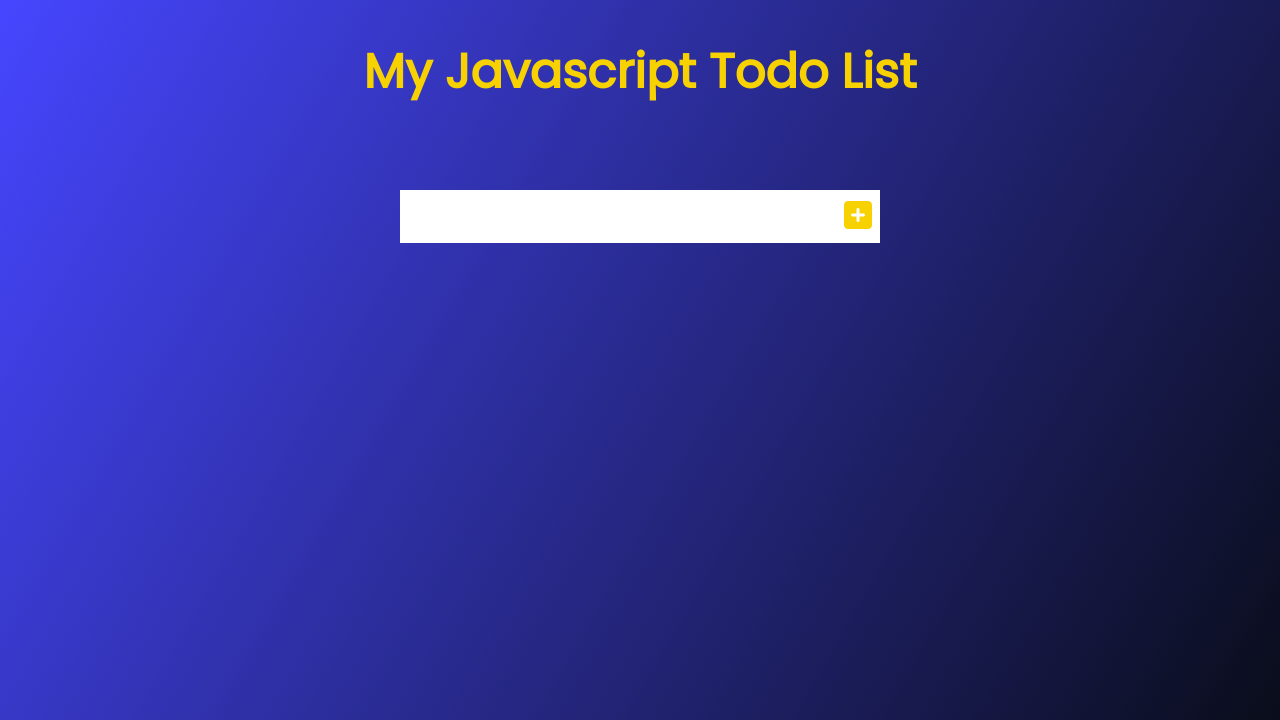
Repository: LuisMiLR/JavaScript-Todo-List
Page: index.html
The author's editor kept a copy of each file at every save. The page is drawn from the files as they stood at one save, then again after the next save.
The browser window is 1280 px wide. The pictures show the whole page.
The pointer rests on the first visible `form button`.

Above is the page before, as saved 2023-05-01 14:11:10.

### index.html
<!DOCTYPE html>
<html lang="en">
<head>
    <meta charset="UTF-8">
    <meta http-equiv="X-UA-Compatible" content="IE=edge">
    <meta name="viewport" content="width=device-width, initial-scale=1.0">
    <title>My Javascript Todo List</title>
    <link rel="stylesheet" href="style.css">
    <link href="https://fonts.googleapis.com/css2?family=Orbitron:wght@400;700&family=Poppins:wght@200;400&display=swap" rel="stylesheet">
    <link rel="stylesheet" href="https://cdnjs.cloudflare.com/ajax/libs/font-awesome/6.4.0/css/all.min.css" integrity="sha512-iecdLmaskl7CVkqkXNQ/ZH/XLlvWZOJyj7Yy7tcenmpD1ypASozpmT/E0iPtmFIB46ZmdtAc9eNBvH0H/ZpiBw==" crossorigin="anonymous" referrerpolicy="no-referrer" />
</head>
<body>

    <header>
        <h1>My Javascript Todo List </h1>
    </header>
    <form>
        <input type="text" class="todo-input">
        <button class="todo-button" type="submit">
        <i class="fa-solid fa-square-plus"></i>
        </button>
    </form>
    <div class="todo-container">
        <ul class="todo-list">
        </ul>
    </div>

    <script src="./app.js"> </script>
</body>
</html>

### style.css
*{
    margin: 0;
    padding: 0;
    box-sizing: border-box;
}

body {
    background-image: linear-gradient(120deg, #4646ff,#0a0d1a);
    color: rgb(248, 210, 0);
    min-height: 100vh;
    font-family: "poppins",sans-serif;
}

header{
    font-size: 1.5rem;
}
header, form {
    min-height: 20vh;
    display: flex;
    justify-content: center;
    align-items: center;
}

form input, form button {
    padding: 0.5rem;
    font-size: 2rem;
    border: none;
    background: white;
}
form button{
    color: #1e2a58;
    background: white;
    cursor: pointer;
    transition: all 0.3s ease;
}

form button:hover {
    background: 0a0d1a;
    color: rgb(248, 210, 0);
}

### app.js
//SELECTEURS
const todoInput = document.querySelector(".todo-input");
const todoButton = document.querySelector(".todo-button");
const todoList = document.querySelector(".todo-list");

//ECOUTEURS
todoButton.addEventListener("click", addTodo);

//FUNCTIONS
function addTodo(event) {
    event.preventDefault();
    //TODO DIV
    const todoDiv = document.createElement("div");
    todoDiv.classList.add("todo");
    //CREER LE LI
    const newTodo = document.createElement("li");
    newTodo.innerText = "hey";
    newTodo.classList.add("todo-item");
    todoDiv.appendChild(newTodo);
    //BOUTON CHECK
    const completedButton = document.createElement("button");
    completedButton.innerHTML = '<i class="fas fa-check"></i>';
    completedButton.classList.add("completed-btn");
    todoDiv.appendChild(completedButton);
    //BOUTON SUPPRIMER
    const trashButton = document.createElement("button");
    trashButton.innerHTML = '<i class="fas fa-trash"></i>';
    trashButton.classList.add("trash-btn");
    todoDiv.appendChild(trashButton);
    //AJOUTER NOTRE TODO A TODO-LIST
    todoList.appendChild(todoDiv);
}

After the next save:
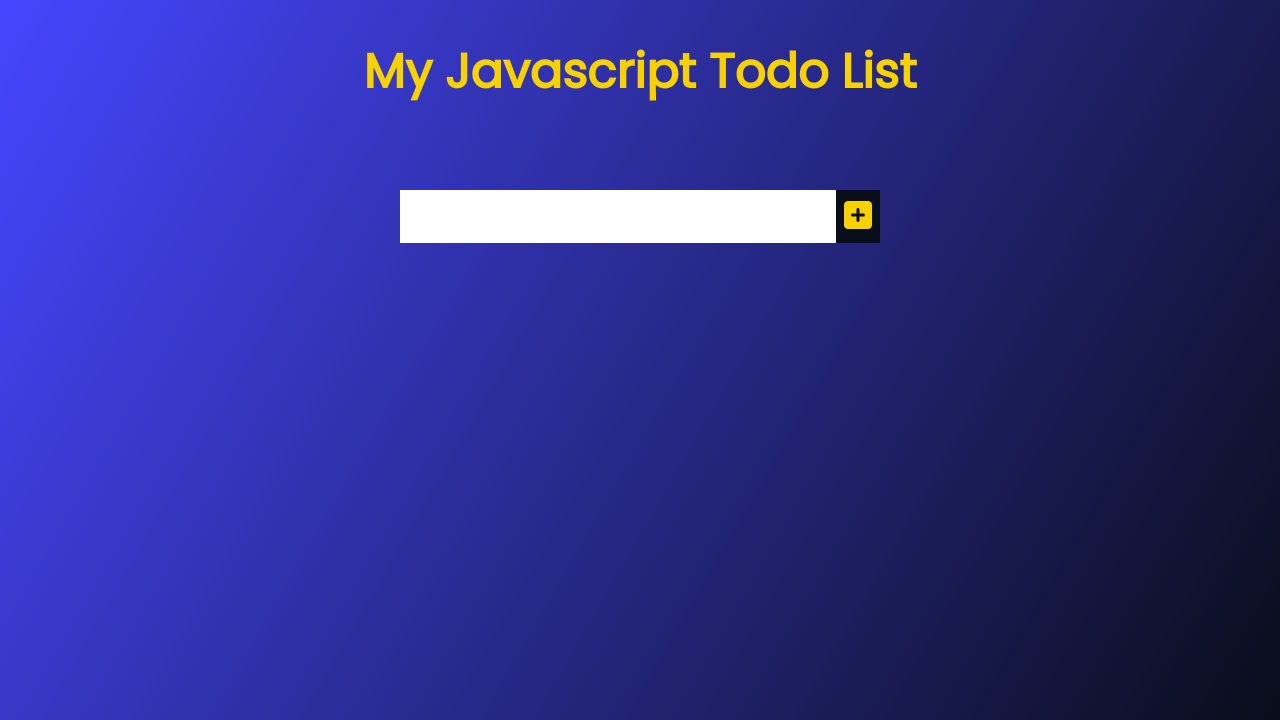
Saved 9 s later.
--- a/style.css
+++ b/style.css
@@ -35,6 +35,6 @@ form button{
 }
 
 form button:hover {
-    background: 0a0d1a;
+    background: #0a0d1a;
     color: rgb(248, 210, 0);
 }
